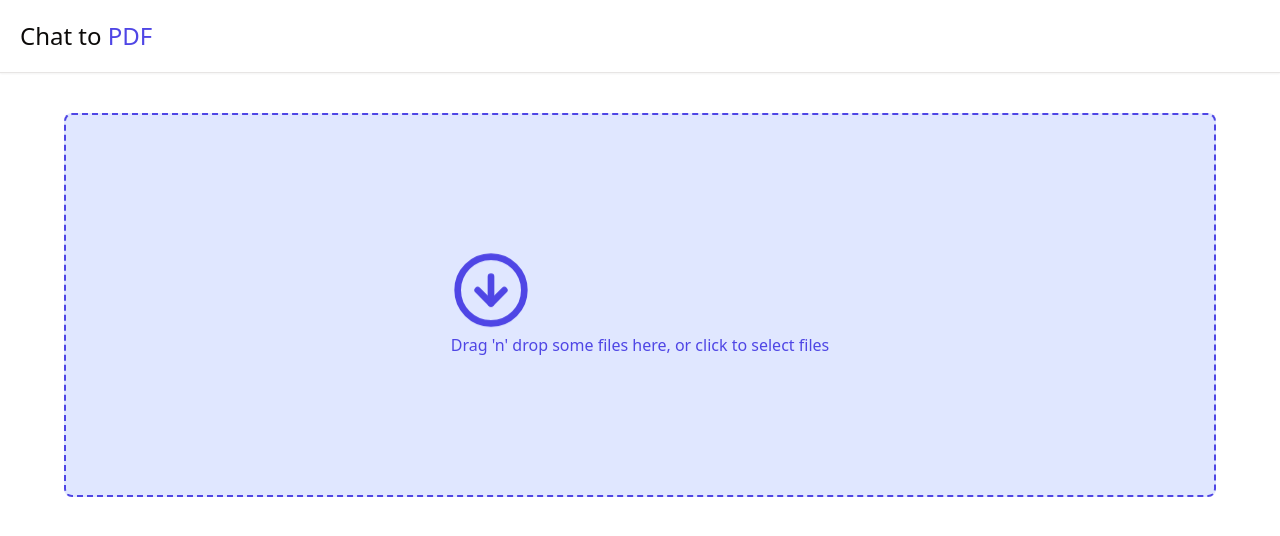
Repository: ankur28/chat-with-pdf
Page: /dashboard/upload
An editor plug-in stored every save of this project. The page is shown before and after a run of saves, followed by the edit.
The browser window is 1280 px wide. The pictures show the whole page.
The page's requests for data from a server got no answer. The project was rebuilt for these pictures with package versions that can differ from the ones it lists, and the page was loaded fresh each time. Some packages were replaced by stand-ins written for this rebuild. The framework's server and built-in components were replaced by stand-ins that run in the browser. No one was signed in, and anything a server would have sent is missing. Also part of the build but not shown: next.config.js, next.config.mjs, lib/utils.ts, components/ui/button.tsx.

Above is the page before, as saved 2024-07-24 19:40:21.

### app/layout.tsx
import type { Metadata } from "next";
import { Inter } from "next/font/google";
import "./globals.css";
import {
  ClerkProvider,
} from '@clerk/nextjs'

const inter = Inter({ subsets: ["latin"] });

export const metadata: Metadata = {
  title: "ChatWithPDF",
  description: "Generated by create next app",
};

export default function RootLayout({
  children,
}: Readonly<{
  children: React.ReactNode;
}>) {
  return (
    <ClerkProvider>
        <html lang="en">
          <body className="min-h-screen h-screen overflow-hidden flex flex-col">{children}</body>
        </html>
    </ClerkProvider>
  );
}

### app/dashboard/layout.tsx
import Header from '@/components/Header'
import { ClerkLoaded } from '@clerk/nextjs'
import React from 'react'

function DashboardLayout({children}: { children: React.ReactNode}) {
  return (
    <ClerkLoaded>
        {/* the main layout has flex col so here flex-1 to use max space for the parent */}
        <div className='flex-1 flex flex-col'>
            <Header />
          <main className='flex-1 overflow-y-auto'>{children}</main>
        </div>
    </ClerkLoaded>
  )
}

export default DashboardLayout

### app/dashboard/upload/page.tsx
'use client'

import { useCallback } from 'react'
import {useDropzone} from 'react-dropzone'
import {
    CheckCircleIcon,
    CircleArrowDown,
    HammerIcon,
    RocketIcon,
    SaveIcon
} from 'lucide-react'

function UploadPage() {
    const onDrop = useCallback((acceptedFiles: File[]) => {
        // Do something with the files
      }, [])
      const {getRootProps, getInputProps, isDragActive, isFocused} = useDropzone({onDrop})

  return (
    <div className='flex flex-col gap-4 items-center max-w-7xl mx-auto'>
            {/* Loading section */}
        <div {...getRootProps()}
        className={`p-10 border-2 border-dashed mt-10 w-[90%] border-indigo-600 text-indigo-600
        rounded-lg h-96 flex items-center justify-center
        ${ isFocused || isDragActive ? "bg-indigo-300" : "bg-indigo-100"}`}>
        <input {...getInputProps()} />

            <div>
            {
                isDragActive ? (
                    <>
                        <RocketIcon className='h-20 w-20 animate-ping'/>
                        <p>Drop the files here ...</p>
                    </>
                ) : (
                    <>
                        <CircleArrowDown className='h-20 w-20 animate-bounce'/>
                        <p>Drag 'n' drop some files here, or click to select files</p>
                    </>
                )}
            </div>
        </div>
    </div>
  )
}

export default UploadPage

### components/Header.tsx
import { SignedIn, UserButton } from '@clerk/nextjs'
import { FilePlus2 } from 'lucide-react'
import Link from 'next/link'
import React from 'react'
import { Button } from './ui/button'

function Header() {
  return (
    <div className='flex justify-between bg-white shadow-sm p-5 border-b'>
      <Link href="/dashboard" className='text-2xl'>
        Chat to <span className='text-indigo-600'>PDF</span>
      </Link>

      <SignedIn>
      <div className='flex items-center space-x-2'>
        <Button asChild variant="link" className='hidden md:flex'>
            <Link href="/dashboard/upgrade">Pricing</Link>
        </Button>
        <Button asChild variant="outline" >
            <Link href="/dashboard">My Documents</Link>
        </Button>
        <Button asChild variant="outline" className='border-indigo-600' >
            <Link href="/dashboard/upload">
                <FilePlus2 className='text-indigo-600' />
            </Link>
        </Button>
        {/* upgrade button */}

           <UserButton></UserButton>
        </div>
      </SignedIn>
    </div>
  )
}

export default Header

Loaded but not shown: app/globals.css (common file); tailwind.config.ts (common file)

After the next 3 saves:
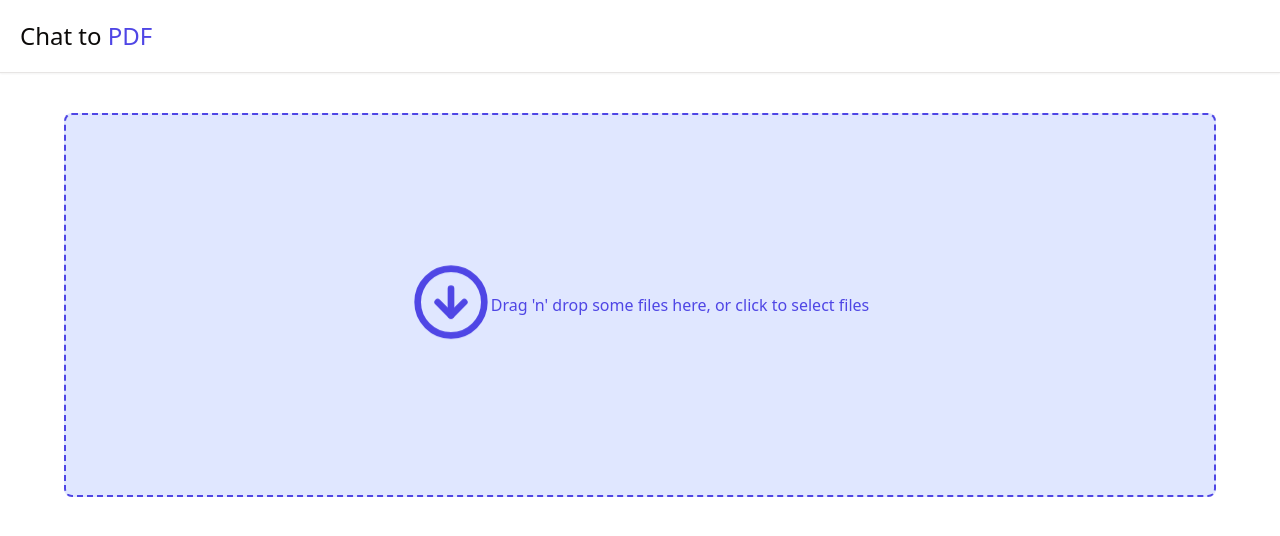
The 3 saves are shown as one change because they came seconds apart.
The last was saved 26 s later.
--- a/app/dashboard/upload/page.tsx
+++ b/app/dashboard/upload/page.tsx
@@ -25,7 +25,7 @@ function UploadPage() {
         ${ isFocused || isDragActive ? "bg-indigo-300" : "bg-indigo-100"}`}>
         <input {...getInputProps()} />
 
-            <div>
+            <div className='flex items-center justify-center'>
             {
                 isDragActive ? (
                     <>
